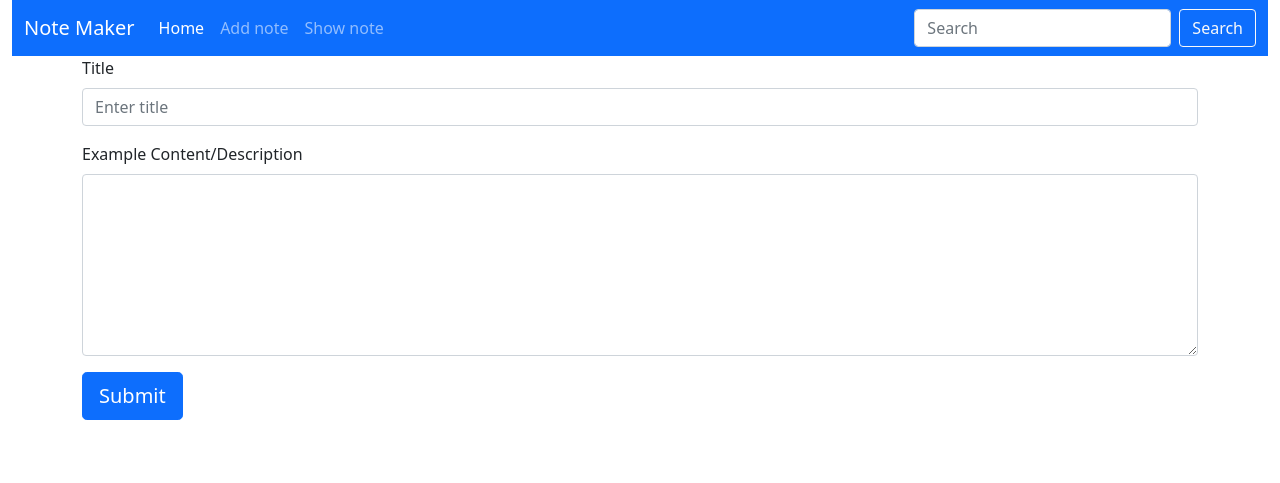
Repository: sachin1830/hibernateproject
Page: http://localhost/com.todolist/add_note.jsp
The author's editor kept a copy of each file at every save. The page is drawn from the files as they stood at one save, then again after the next save.
The browser window is 1280 px wide. The pictures show the whole page.
Some web libraries are served in a nearby version. The page is served by Tomcat 9. Other server files are loaded and not shown.

Above is the page before, as saved 2021-01-22 04:24:49.

### com.todolist/src/main/webapp/add_note.jsp
<%@ page language="java" contentType="text/html; charset=ISO-8859-1"
	pageEncoding="ISO-8859-1"%>
<!DOCTYPE html>
<html>
<head>
<!-- Required meta tags -->
<meta charset="utf-8">
<meta name="viewport" content="width=device-width, initial-scale=1">

<!-- Bootstrap CSS -->
<link
	href="https://cdn.jsdelivr.net/npm/bootstrap@5.0.0-beta1/dist/css/bootstrap.min.css"
	rel="stylesheet"
	integrity="sha384-giJF6kkoqNQ00vy+HMDP7azOuL0xtbfIcaT9wjKHr8RbDVddVHyTfAAsrekwKmP1"
	crossorigin="anonymous">

<title>Add note</title>
</head>
<body>
	<div class="container-fluid">
		<%@include file="navbar.jsp"%>

	</div>
	<div class="container">
		<form>
			<div class="mb-3">
				<label for="title" class="form-label">Title</label> <input
					type="text" class="form-control" id="title"
					placeholder="Enter title">

			</div>
			<div class="mb-3">
				<label for="exampleFormControlTextarea1" class="form-label">Example
					Content/Description</label>
				<textarea class="form-control" id="exampleFormControlTextarea1"
					rows="7"></textarea>
			</div>
			<button type="submit" class="btn btn-primary btn-lg">Submit</button>
		</form>

	</div>

	<script
		src="https://cdn.jsdelivr.net/npm/bootstrap@5.0.0-beta1/dist/js/bootstrap.bundle.min.js"
		integrity="sha384-ygbV9kiqUc6oa4msXn9868pTtWMgiQaeYH7/t7LECLbyPA2x65Kgf80OJFdroafW"
		crossorigin="anonymous"></script>
	<script
		src="https://cdn.jsdelivr.net/npm/@popperjs/core@2.5.4/dist/umd/popper.min.js"
		integrity="sha384-q2kxQ16AaE6UbzuKqyBE9/u/KzioAlnx2maXQHiDX9d4/zp8Ok3f+M7DPm+Ib6IU"
		crossorigin="anonymous"></script>
	<script
		src="https://cdn.jsdelivr.net/npm/bootstrap@5.0.0-beta1/dist/js/bootstrap.min.js"
		integrity="sha384-pQQkAEnwaBkjpqZ8RU1fF1AKtTcHJwFl3pblpTlHXybJjHpMYo79HY3hIi4NKxyj"
		crossorigin="anonymous"></script>

</body>
</html>

### com.todolist/src/main/webapp/navbar.jsp
<nav class="navbar navbar-expand-lg navbar-dark bg-primary">
  <div class="container-fluid">
    <a class="navbar-brand" href="index.jsp">Note Maker</a>
    <button class="navbar-toggler" type="button" data-bs-toggle="collapse" data-bs-target="#navbarSupportedContent" aria-controls="navbarSupportedContent" aria-expanded="false" aria-label="Toggle navigation">
      <span class="navbar-toggler-icon"></span>
    </button>
    <div class="collapse navbar-collapse" id="navbarSupportedContent">
      <ul class="navbar-nav me-auto mb-2 mb-lg-0">

        <li class="nav-item">
          <a class="nav-link active" aria-current="page" href="index.jsp">Home</a>
        </li>
        <li class="nav-item">
          <a class="nav-link" href="add_note.jsp">Add note </a>
        </li>
         <li class="nav-item">
          <a class="nav-link" href="#">Show note </a>
        </li>

      </ul>
      <form class="d-flex">
        <input class="form-control me-2" type="search" placeholder="Search" aria-label="Search">
        <button class="btn btn-outline-light" type="submit">Search</button>
      </form>
    </div>
  </div>
</nav>

After the next save:
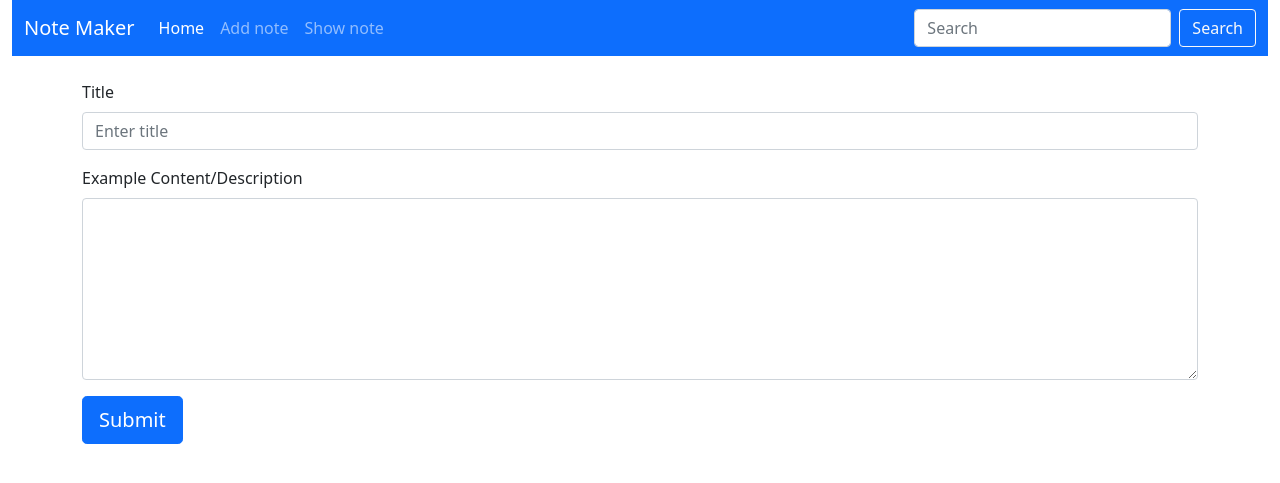
Saved 17 s later.
--- a/com.todolist/src/main/webapp/add_note.jsp
+++ b/com.todolist/src/main/webapp/add_note.jsp
@@ -21,7 +21,7 @@
 		<%@include file="navbar.jsp"%>
 
 	</div>
-	<div class="container">
+	<div class="container mt-4">
 		<form>
 			<div class="mb-3">
 				<label for="title" class="form-label">Title</label> <input
